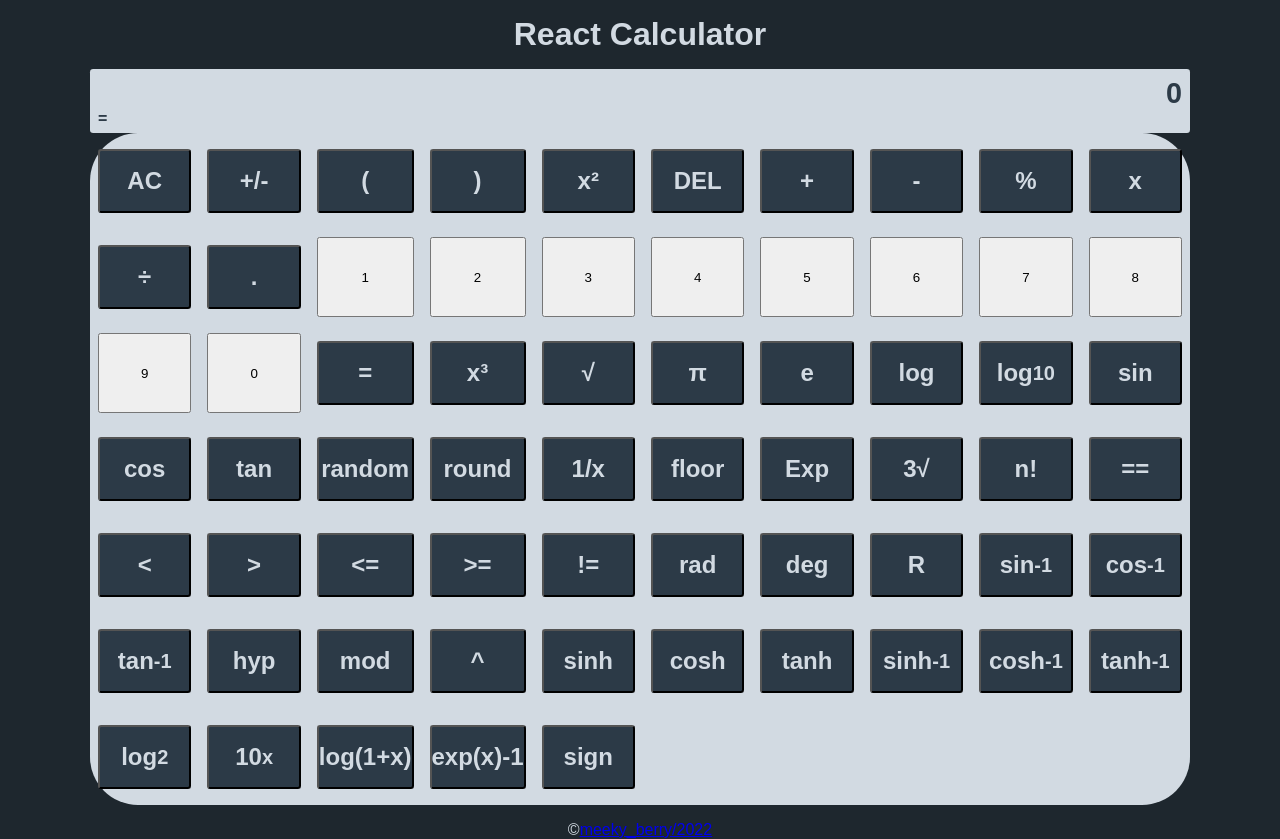
Repository: MikkyPrestige/calculator
Page: /
An editor plug-in stored every save of this project. The page is shown before and after the next save, followed by the edit.
The browser window is 1280 px wide. The pictures show the whole page.
The project was rebuilt for these pictures with package versions that can differ from the ones it lists, and the page was loaded fresh each time.

Above is the page before, as saved 2022-11-17 21:50:42.

### src/index.css
* {
 margin: 0;
 padding: 0;
 box-sizing: border-box;
}

body {
 font-family: 'Poppins', sans-serif;
 background: #1e272e;
}

.heading {
  color: #d2dae2;
  text-align: center;
  margin: 1rem;
}

.app-container {
 width: 100%;
 max-width: 1100px;
 margin: 1rem auto;
}

.display {
 background-color: #d2dae2;
 color: #2C3A47;
 height: 4rem;
 font-size: 1.8rem;
 font-weight: 700;
 display: flex;
 flex-direction: column;
 padding: .5rem;
 border-radius: .2rem;
}

.display-calc {
 display: flex;
 justify-content: flex-end;
 align-items: center;
}

.display-result {
 display: flex;
 justify-content: flex-start;
 align-items: center;
 font-size: 1rem;
 font-weight: 700;
}

.operators {
  display: grid;
  grid-template-columns: repeat(10, 1fr);
  grid-gap: 1rem;
  padding: .5rem;
  border-radius: 3rem;
  background-color: #d2dae2;
  -webkit-border-radius: 3rem;
  -moz-border-radius: 3rem;
  -ms-border-radius: 3rem;
  -o-border-radius: 3rem;
}

.operator {
 background-color: #2C3A47;
 color: #d2dae2;
 font-size: 1.5rem;
 font-weight: 700;
 height: 4rem;
 display: flex;
 justify-content: center;
 align-items: center;
 border-radius: .2rem;
 margin: .5rem 0;
}
/* .operators {
 display: grid;
 grid-template-columns: repeat(10, 1fr);
 grid-gap: 1rem;
 background-color: #4b6584;
 padding: .5rem;
 border-radius: .3rem;
}

.operator {
 background-color: #182C61;
 color: #d1d8e0;
 font-size: 1.2rem;
 font-weight: 400;
 padding: .5rem;
 border: none;
 cursor: pointer;
 border-radius: 20%;
 border: 2px solid #d2dae2;
 -webkit-border-radius: 20%;
 -moz-border-radius: 20%;
 -ms-border-radius: 20%;
 -o-border-radius: 20%;
}

.operator:hover {
 background-color: #273c75;
}

.operator:active {
 background-color: #485460;
}

.digit {
  font-size: 1.5rem;
  font-weight: 700;
  color: #2C3A47;
  cursor: pointer;
  background-color: #d2dae2;
  border: none;
  border-radius: 1rem;
  text-align: center;
  padding: .5rem;
  grid-column: 4 /7;
  grid-row: 2 / 4;
}

.digit:hover {
  background-color: #808e9b;
}

.digit:active {
  background-color: #485460;
}

.clear {
 background-color: #05c46b;
  grid-column: 1 / 3;
  grid-row: 1 / 2;
}

.delete {
 background-color: #ff3f34;
  grid-column: 9 / -1;
  grid-row: 1 / 2;
}

.equalTo {
 /* grid-row: 6 / span 2; */
 /* grid-column: 6; */
 /* background-color: #05c46b; */
 /* font-size: 2.5rem; */
 /* font-weight: 700; */
/* } */

.cube {
 /* grid-row: 3; */
}

.sqrt {
 /* grid-row: 4; */
}

.exponent {
 /* grid-row: 5; */
}

.pie {
 /* grid-row: 5; */
}

.log {
 /* grid-row: 3; */
}

.logTen {
 /* grid-row: 4; */
}

.sin {
 /* grid-row: 3; */
}

.tan {
 /* grid-row: 4; */
}

.cos  {
 /* grid-row: 5; */
}

.zero {
 /* grid-row: 6; */
 /* grid-column: 5; */
}

.attribution {
  color: #d2dae2;
  text-align: center;
}

### src/App.js
import React from 'react';
import { useState } from 'react';

function App() {
  // DECLARE A NEW STATE VARIABLE
  const [calc, setCalc] = useState("");
  const [result, setResult] = useState("");

  // OPERATORS VARIABLE IS AN ARRAY OF OPERATORS THAT WILL BE USED TO CHECK IF THE USER IS TRYING TO ENTER AN OPERATOR OR NOT
  const ops = ["+", "-", "*", "/", ".", "<", ">", "<=", ">=", "±", "%", "!="];

  // UPDATE CALC STATE VARIABLE WITH THE VALUE OF THE BUTTON THAT WAS CLICKED
  const updateCalc = value => {
    if (
      (ops.includes(value) && calc === "") || // IF THE VALUE IS AN OPERATOR AND THE CALC STATE VARIABLE IS EMPTY
      (ops.includes(value) && ops.includes(calc.slice(-1))) // IF THE VALUE IS AN OPERATOR AND THE LAST CHARACTER OF THE CALC STATE VARIABLE IS ALSO AN OPERATOR
    ) {
      return;
    }

    setCalc(calc + value);  // UPDATE THE CALC STATE VARIABLE WITH THE VALUE OF THE BUTTON THAT WAS CLICKED

    if (!ops.includes(value)) {  // IF THE VALUE IS NOT AN OPERATOR
      setResult(eval(calc + value).toString());   // EVALUATE THE CALC STATE VARIABLE AND UPDATE THE RESULT STATE VARIABLE
    }
  };

  // CREATE CLEAR FUNCTION
  const clear = () => {
    setCalc("");    // SET CALC STATE VARIABLE TO EMPTY
    setResult("");  // SET RESULT STATE VARIABLE TO EMPTY
  };

  // CREATE DELETE FUNCTION
  const del = () => {
    if (calc === "") {
      return;
    }
    const value = calc.slice(0, -1);  // REMOVE THE LAST CHARACTER OF THE CALC STATE VARIABLE
    setCalc(value);  // UPDATE THE CALC STATE VARIABLE
  };

  // CREATE EVALUATE FUNCTION
  const calculate = () => {
    setCalc(eval(calc).toString());  // EVALUATE THE CALC STATE VARIABLE AND UPDATE THE CALC STATE VARIABLE
    setResult("");  // SET RESULT STATE VARIABLE TO EMPTY
  };

  // CREATE PERCENTAGE FUNCTION
  const percentage = () => {
    if (calc === "") {
      return;
    }
    const value = parseFloat(calc);   // CONVERT THE CALC STATE VARIABLE TO A FLOAT
    if (value === 0) {
      return;
    }
    setCalc((value / 100).toString());  // DIVIDE THE CALC STATE VARIABLE BY 100 AND UPDATE THE CALC STATE VARIABLE
  };

  // CREATE POSITIVE/NEGATIVE FUNCTION
  const posNeg = () => {
    if (calc === "") {
      return;
    }
    const value = parseFloat(calc);
    if (value === 0) {
      return;
    }
    setCalc((value * -1).toString());  // MULTIPLY THE CALC STATE VARIABLE BY -1 AND UPDATE THE CALC STATE VARIABLE
  };

  // CREATE BRACKET FUNCTION
  const bracket = value => {
    if (calc === "" && value === "(" && ")") { // IF THE CALC STATE VARIABLE IS EMPTY AND THE VALUE IS "(" && ")"
      setCalc(calc + value);
      return;
    }
    setCalc(calc + value);  // UPDATE THE CALC STATE VARIABLE WITH THE VALUE OF THE BUTTON THAT WAS CLICKED
  };

  // CREATE SQUARE FUNCTION
  const square = () => {
    if (calc === "") {
      return;
    }
    const value = parseFloat(calc);
    if (value === 0) {
      return;
    }
    setCalc((value * value).toString());  // MULTIPLY THE CALC STATE VARIABLE BY ITSELF AND UPDATE THE CALC STATE VARIABLE
  };

  // CREATE A CUBE FUNCTION
  const cube = () => {
    if (calc === "") {
      return;
    }
    const value = parseFloat(calc);
    if (value === 0) {
      return;
    }
    setCalc((value * value * value).toString());  // MULTIPLY THE CALC STATE VARIABLE BY ITSELF THREE TIMES AND UPDATE THE CALC STATE VARIABLE
  };

  // CREATE SQUARE ROOT FUNCTION
  const squareRoot = () => {
    if (calc === "") {
      return;
    }
    const value = parseFloat(calc);
    if (value === 0) {
      return;
    }
    setCalc(Math.sqrt(value).toString());  // CALCULATE THE SQUARE ROOT OF THE CALC STATE VARIABLE AND UPDATE THE CALC STATE VARIABLE
  };

  // CREATE PI FUNCTION
  const pi = () => {
    if (calc === "") {
      return;
    }
    const value = parseFloat(calc);
    if (value === 0) {
      return;
    }
    setCalc((value * 3.141592653589793).toString());  // MULTIPLY THE CALC STATE VARIABLE BY PI AND UPDATE THE CALC STATE VARIABLE
  };

  // CREATE E FUNCTION
  const e = () => {
    if (calc === "") {
      return;
    }
    const value = parseFloat(calc);
    if (value === 0) {
      return;
    }
    setCalc((value * 2.718281828459045).toString());  // MULTIPLY THE CALC STATE VARIABLE BY E AND UPDATE THE CALC STATE VARIABLE
  };

  // CREATE LOG FUNCTION
  const log = () => {
    if (calc === "") {
      return;
    }
    const value = parseFloat(calc);
    if (value === 0) {
      return;
    }
    setCalc(Math.log(value).toString());  // CALCULATE THE LOGARITHM OF THE CALC STATE VARIABLE AND UPDATE THE CALC STATE VARIABLE
  };

  // CREATE BASE 10 LOG FUNCTION
  const log10 = () => {
    if (calc === "") {
      return;
    }
    const value = parseFloat(calc);
    if (value === 0) {
      return;
    }
    setCalc(Math.log10(value).toString());  // CALCULATE THE BASE 10 LOGARITHM OF THE CALC STATE VARIABLE AND UPDATE THE CALC STATE VARIABLE
  };

  // CREATE BASE 2 LOG FUNCTION
  const log2 = () => {
    if (calc === "") {
      return;
    }
    const value = parseFloat(calc);
    if (value === 0) {
      return;
    }
    setCalc(Math.log2(value).toString());  // CALCULATE THE BASE 2 LOGARITHM OF THE CALC STATE VARIABLE AND UPDATE THE CALC STATE VARIABLE
  };

  // CREATE LOG1P FUNCTION
  const log1p = () => {
    if (calc === "") {
      return;
    }
    const value = parseFloat(calc);
    if (value === 0) {
      return;
    }
    setCalc(Math.log1p(value).toString());  // CALCULATE THE LOGARITHM OF THE CALC STATE VARIABLE PLUS 1 AND UPDATE THE CALC STATE VARIABLE
  };

  // CREATE EXPONENTIAL -1 FUNCTION
  const expm1 = () => {
    if (calc === "") {
      return;
    }
    const value = parseFloat(calc);
    if (value === 0) {
      return;
    }
    setCalc(Math.expm1(value).toString());  // CALCULATE THE EXPONENTIAL OF THE CALC STATE VARIABLE MINUS 1 AND UPDATE THE CALC STATE VARIABLE
  };

  // CREATE SIGN FUNCTION
  const sign = () => {
    if (calc === "") {
      return;
    }
    const value = parseFloat(calc);
    if (value === 0) {
      return;
    }
    setCalc(Math.sign(value).toString());  // CALCULATE THE SIGN OF THE CALC STATE VARIABLE AND UPDATE THE CALC STATE VARIABLE
  };

  // CREATE RAISE TO POWER 10 FUNCTION
  const pow10 = () => {
    if (calc === "") {
      return;
    }
    const value = parseFloat(calc);
    if (value === 0) {
      return;
    }
    setCalc(Math.pow(10, value).toString());  // RAISE 10 TO THE POWER OF THE CALC STATE VARIABLE AND UPDATE THE CALC STATE VARIABLE
  };

  // CREATE SIN FUNCTION
  const sin = () => {
    if (calc === "") {
      return;
    }
    const value = parseFloat(calc);
    if (value === 0) {
      return;
    }
    setCalc(Math.sin(value).toString());  // CALCULATE THE SINE OF THE CALC STATE VARIABLE AND UPDATE THE CALC STATE VARIABLE
  };

  // CREATE COS FUNCTION
  const cos = () => {
    if (calc === "") {
      return;
    }
    const value = parseFloat(calc);
    if (value === 0) {
      return;
    }
    setCalc(Math.cos(value).toString());  // CALCULATE THE COSINE OF THE CALC STATE VARIABLE AND UPDATE THE CALC STATE VARIABLE
  };

  // CREATE TAN FUNCTION
  const tan = () => {
    if (calc === "") {
      return;
    }
    const value = parseFloat(calc);
    if (value === 0) {
      return;
    }
    setCalc(Math.tan(value).toString());  // CALCULATE THE TANGENT OF THE CALC STATE VARIABLE AND UPDATE THE CALC STATE VARIABLE
  };

  // CREATE INVERSE SIN FUNCTION
  const asin = () => {
    if (calc === "") {
      return;
    }
    const value = parseFloat(calc);
    if (value === 0) {
      return;
    }
    setCalc(Math.asin(value).toString());  // CALCULATE THE INVERSE SINE OF THE CALC STATE VARIABLE AND UPDATE THE CALC STATE VARIABLE
  };

  // CREATE INVERSE COS FUNCTION
  const acos = () => {
    if (calc === "") {
      return;
    }
    const value = parseFloat(calc);
    if (value === 0) {
      return;
    }
    setCalc(Math.acos(value).toString());  // CALCULATE THE INVERSE COSINE OF THE CALC STATE VARIABLE AND UPDATE THE CALC STATE VARIABLE
  };

  // CREATE INVERSE TAN FUNCTION
  const atan = () => {
    if (calc === "") {
      return;
    }
    const value = parseFloat(calc);
    if (value === 0) {
      return;
    }
    setCalc(Math.atan(value).toString());  // CALCULATE THE INVERSE TANGENT OF THE CALC STATE VARIABLE AND UPDATE THE CALC STATE VARIABLE
  };

  // CREATE SINH FUNCTION
  const sinh = () => {
    if (calc === "") {
      return;
    }
    const value = parseFloat(calc);
    if (value === 0) {
      return;
    }
    setCalc(Math.sinh(value).toString());  // CALCULATE THE HYPERBOLIC SINE OF THE CALC STATE VARIABLE AND UPDATE THE CALC STATE VARIABLE
  };

  // CREATE COSH FUNCTION
  const cosh = () => {
    if (calc === "") {
      return;
    }
    const value = parseFloat(calc);
    if (value === 0) {
      return;
    }
    setCalc(Math.cosh(value).toString());  // CALCULATE THE HYPERBOLIC COSINE OF THE CALC STATE VARIABLE AND UPDATE THE CALC STATE VARIABLE
  };

  // CREATE TANH FUNCTION
  const tanh = () => {
    if (calc === "") {
      return;
    }
    const value = parseFloat(calc);
    if (value === 0) {
      return;
    }
    setCalc(Math.tanh(value).toString());  // CALCULATE THE HYPERBOLIC TANGENT OF THE CALC STATE VARIABLE AND UPDATE THE CALC STATE VARIABLE
  };

  // CREATE INVERSE SINH FUNCTION
  const asinh = () => {
    if (calc === "") {
      return;
    }
    const value = parseFloat(calc);
    if (value === 0) {
      return;
    }
    setCalc(Math.asinh(value).toString());  // CALCULATE THE INVERSE HYPERBOLIC SINE OF THE CALC STATE VARIABLE AND UPDATE THE CALC STATE VARIABLE
  };

  // CREATE INVERSE COSH FUNCTION
  const acosh = () => {
    if (calc === "") {
      return;
    }
    const value = parseFloat(calc);
    if (value === 0) {
      return;
    }
    setCalc(Math.acosh(value).toString());  // CALCULATE THE INVERSE HYPERBOLIC COSINE OF THE CALC STATE VARIABLE AND UPDATE THE CALC STATE VARIABLE
  };

  // CREATE INVERSE TANH FUNCTION
  const atanh = () => {
    if (calc === "") {
      return;
    }
    const value = parseFloat(calc);
    if (value === 0) {
      return;
    }
    setCalc(Math.atanh(value).toString());  // CALCULATE THE INVERSE HYPERBOLIC TANGENT OF THE CALC STATE VARIABLE AND UPDATE THE CALC STATE VARIABLE
  };

  // CREATE HYPOTENUSE FUNCTION
  const hyp = () => {
    if (calc === "") {
      return;
    }
    const value = parseFloat(calc);
    if (value === 0) {
      return;
    }
    setCalc(Math.hypot(value).toString());  // CALCULATE THE HYPOTENUSE OF THE CALC STATE VARIABLE AND UPDATE THE CALC STATE VARIABLE
  };


  // CREATE RADIAN FUNCTION
  const radian = () => {
    if (calc === "") {
      return;
    }
    const value = parseFloat(calc);
    if (value === 0) {
      return;
    }
    setCalc((value * 0.017453292519943295).toString());  // MULTIPLY THE CALC STATE VARIABLE BY RADIAN AND UPDATE THE CALC STATE VARIABLE
  };

  // CREATE DEGREE FUNCTION
  const degree = () => {
    if (calc === "") {
      return;
    }
    const value = parseFloat(calc);
    if (value === 0) {
      return;
    }
    setCalc((value * 57.29577951308232).toString());  // MULTIPLY THE CALC STATE VARIABLE BY DEGREE AND UPDATE THE CALC STATE VARIABLE
  };

  // CREATE RADIUS FUNCTION
  const radius = () => {
    if (calc === "") {
      return;
    }
    const value = parseFloat(calc);
    if (value === 0) {
      return;
    }
    setCalc((value * 0.5).toString());  // MULTIPLY THE CALC STATE VARIABLE BY RADIUS AND UPDATE THE CALC STATE VARIABLE
  };

  // CREATE RECIPROCAL/INVERSE FUNCTION
  const reciprocal = () => {
    if (calc === "") {
      return;
    }
    const value = parseFloat(calc);
    if (value === 0) {
      return;
    }
    setCalc((1 / value).toString());  // DIVIDE 1 BY THE CALC STATE VARIABLE AND UPDATE THE CALC STATE VARIABLE
  };

  // CREATE RANDOM FUNCTION
  const random = () => {
    if (calc === "") {
      return;
    }
    const value = parseFloat(calc);
    if (value === 0) {
      return;
    }
    setCalc(Math.random(value).toString());  // RANDOMLY GENERATE A NUMBER AND UPDATE THE CALC STATE VARIABLE
  };

  // CREATE ROUND FUNCTION
  const round = () => {
    if (calc === "") {
      return;
    }
    const value = parseFloat(calc);
    if (value === 0) {
      return;
    }
    setCalc(Math.round(value).toString());  // ROUND THE CALC STATE VARIABLE AND UPDATE THE CALC STATE VARIABLE
  };

  // CREATE FLOOR FUNCTION
  const floor = () => {
    if (calc === "") {
      return;
    }
    const value = parseFloat(calc);
    if (value === 0) {
      return;
    }
    setCalc(Math.floor(value).toString());  // FLOOR OF THE CALC STATE VARIABLE AND UPDATE THE CALC STATE VARIABLE
  };

  // CREATE EXPONENTIAL FUNCTION
  const exponential = () => {
    if (calc === "") {
      return;
    }
    const value = parseFloat(calc);
    if (value === 0) {
      return;
    }
    setCalc(Math.exp(value).toString());  // EXPONENTIAL OF THE CALC STATE VARIABLE AND UPDATE THE CALC STATE VARIABLE
  };

  // CREATE CUBE ROOT FUNCTION
  const cubeRoot = () => {
    if (calc === "") {
      return;
    }
    const value = parseFloat(calc);
    if (value === 0) {
      return;
    }
    setCalc(Math.cbrt(value).toString());  // CUBE ROOT OF THE CALC STATE VARIABLE AND UPDATE THE CALC STATE VARIABLE
  };

  // CREATE FACTORIAL FUNCTION
  const factorial = () => {
    if (calc === "") {
      return;
    }
    const value = parseFloat(calc);
    if (value === 0) {
      return;
    }
    setCalc(factorialize(value).toString());  // FACTORIAL OF THE CALC STATE VARIABLE AND UPDATE THE CALC STATE VARIABLE
  };

  // CREATE FACTORIAL FUNCTION
  const factorialize = (num) => {
    if (num < 0) {
      return -1;
    } else if (num === 0) {
      return 1;
    } else {
      return num * factorialize(num - 1);
    }
  };

  // CREATE DIGITS FUNCTION
  const createDigits = () => {
    const digits = []; // CREATE DIGITS ARRAY
    for (let i = 1; i < 10; i++) { // LOOP THROUGH DIGITS 1-9
      digits.push(i); // PUSH NUMBERS 1-9 TO DIGITS ARRAY
    }
    return digits;
  };

  //RETURN THE CALCULATOR SCREEN AND BUTTONS
  return (
    <div className='app'>
      <header>
        <h1 className='heading'>React Calculator</h1>
      </header>
      <div className='app-container'>
        <div className='display'>
          <div className='display-calc'>
            {calc || "0"}  {/* DISPLAY CALC STATE VARIABLE OR 0 */}
          </div>
          <div className='display-result'>
            = {result}  {/* DISPLAY RESULT STATE VARIABLE */}
          </div>
        </div>
        <div className='operators'>
          <button onClick={clear} className='operator clear'>AC</button>
          <button onClick={posNeg} className='operator'>+/-</button>
          <button onClick={() => bracket('(')} className='operator'>(</button>
          <button onClick={() => bracket(')')} className='operator'>)</button>
          <button onClick={square} className='operator'>x²</button>
          <button onClick={del} className='operator delete'>DEL</button>
          <button onClick={() => updateCalc('+')} className='operator'>+</button>
          <button onClick={() => updateCalc('-')} className='operator'>-</button>
          <button onClick={percentage} className='operator'>%</button>
          <button onClick={() => updateCalc('*')} className='operator'>x</button>
          <button onClick={() => updateCalc('/')} className='operator'>÷</button>
          <button onClick={() => updateCalc('.')} className='operator'>.</button>
          {createDigits().map((digit) => (
            <button onClick={() => updateCalc(digit.toString())} className='digit' key={digit}>{digit}</button> // CREATE DIGITS BUTTONS AND MAP THROUGH DIGITS ARRAY TO DISPLAY DIGITS 1-9 ON BUTTONS
          ))}
          <button onClick={() => updateCalc('0')} className='zero digit'>0</button>
          <button onClick={calculate} className='operator equalTo'>=</button>
          <button onClick={cube} className='operator cube'>x³</button>
          <button onClick={squareRoot} className='operator sqrt'>√</button>
          <button onClick={pi} className='operator pie'>π</button>
          <button onClick={e} className='operator exponent'>e</button>
          <button onClick={log} className='operator log'>log</button>
          <button onClick={log10} className='operator logTen'>log<sub>10</sub></button>
          <button onClick={sin} className='operator sin'>sin</button>
          <button onClick={cos} className='operator cos'>cos</button>
          <button onClick={tan} className='operator tan'>tan</button>
          <button onClick={random} className='operator'>random</button>
          <button onClick={round} className='operator'>round</button>
          <button onClick={reciprocal} className='operator'>1/x</button>
          <button onClick={floor} className='operator'>floor</button>
          <button onClick={exponential} className='operator'>Exp</button>
          <button onClick={cubeRoot} className='operator'>3√</button>
          <button onClick={factorial} className='operator'>n!</button>
          <button onClick={() => updateCalc('==')} className='operator'>==</button>
          <button onClick={() => updateCalc('<')} className='operator'>{'<'}</button>
          <button onClick={() => updateCalc('>')} className='operator'>{'>'}</button>
          <button onClick={() => updateCalc('<=')} className='operator'>{'<='}</button>
          <button onClick={() => updateCalc('>=')} className='operator'>{'>='}</button>
          <button onClick={() => updateCalc('!=')} className='operator'>{'!='}</button>
          <button onClick={radian} className='operator'>rad</button>
          <button onClick={degree} className='operator'>deg</button>
          <button onClick={radius} className='operator'>R</button>
          <button onClick={asin} className='operator'>sin<sup>-1</sup></button>
          <button onClick={acos} className='operator'>cos<sup>-1</sup></button>
          <button onClick={atan} className='operator'>tan<sup>-1</sup></button>
          <button onClick={hyp} className='operator'>hyp</button>
          <button onClick={() => updateCalc('%')} className='operator'>mod</button>
          <button onClick={() => updateCalc('**')} className='operator'>^</button>
          <button onClick={sinh} className='operator'>sinh</button>
          <button onClick={cosh} className='operator'>cosh</button>
          <button onClick={tanh} className='operator'>tanh</button>
          <button onClick={asinh} className='operator'>sinh<sup>-1</sup></button>
          <button onClick={acosh} className='operator'>cosh<sup>-1</sup></button>
          <button onClick={atanh} className='operator'>tanh<sup>-1</sup></button>
          <button onClick={log2} className='operator'>log<sub>2</sub></button>
          <button onClick={pow10} className='operator'>10<sup>x</sup></button>
          <button onClick={log1p} className='operator'>log(1+x)</button>
          <button onClick={expm1} className='operator'>exp(x)-1</button>
          <button onClick={sign} className='operator'>sign</button>
        </div>
      </div>
      <footer className='attribution'>&copy;<a meeky_berry href="https://github.com/MeekyBerry" target="_blank" rel="noreferrer">meeky_berry/2022</a></footer>
    </div>
  );
}

// EXPORT APP
export default App;

Loaded but not shown: public/index.html (common file); src/index.js (common file)

After the next save:
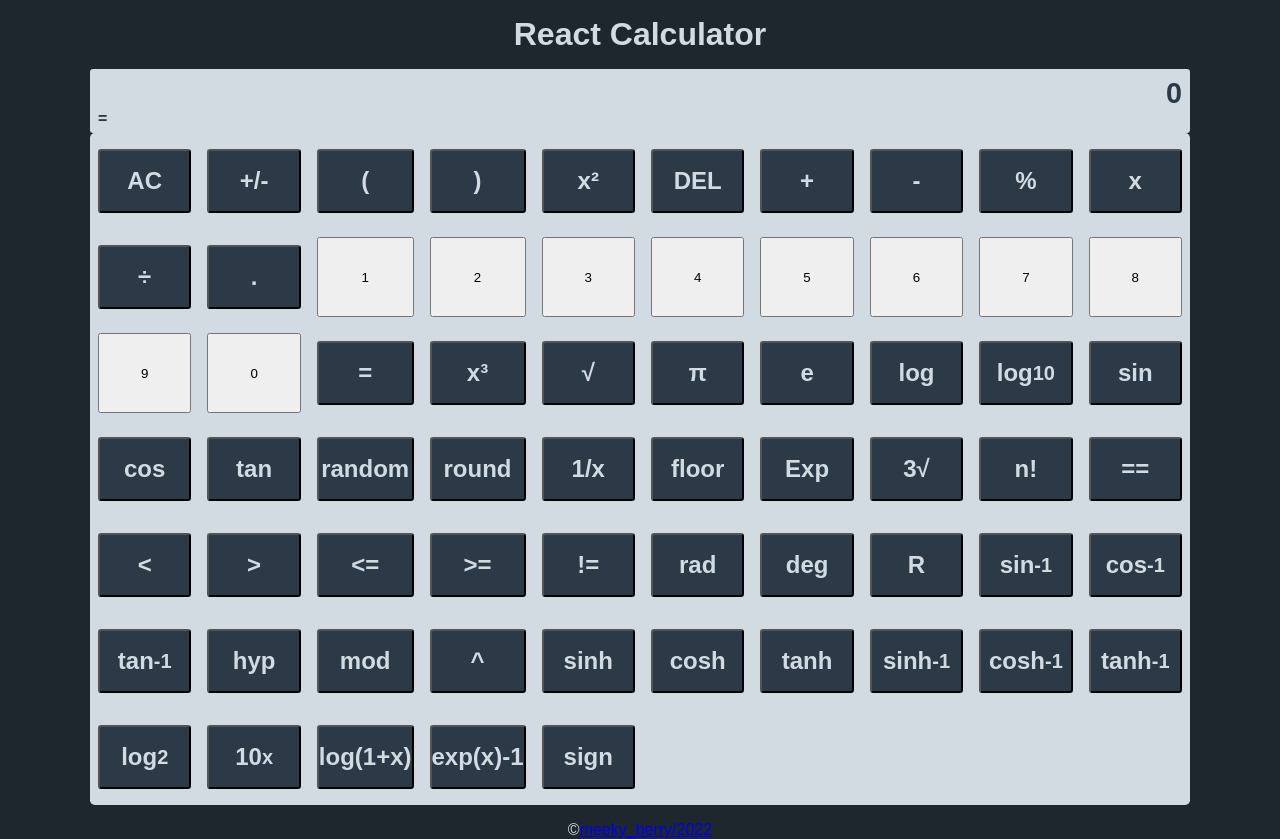
Saved 14 s later.
--- a/src/index.css
+++ b/src/index.css
@@ -52,12 +52,12 @@ body {
   grid-template-columns: repeat(10, 1fr);
   grid-gap: 1rem;
   padding: .5rem;
-  border-radius: 3rem;
+  border-radius: .3rem;
   background-color: #d2dae2;
-  -webkit-border-radius: 3rem;
-  -moz-border-radius: 3rem;
-  -ms-border-radius: 3rem;
-  -o-border-radius: 3rem;
+  -webkit-border-radius: .3rem;
+  -moz-border-radius: .3rem;
+  -ms-border-radius: .3rem;
+  -o-border-radius: .3rem;
 }
 
 .operator {
